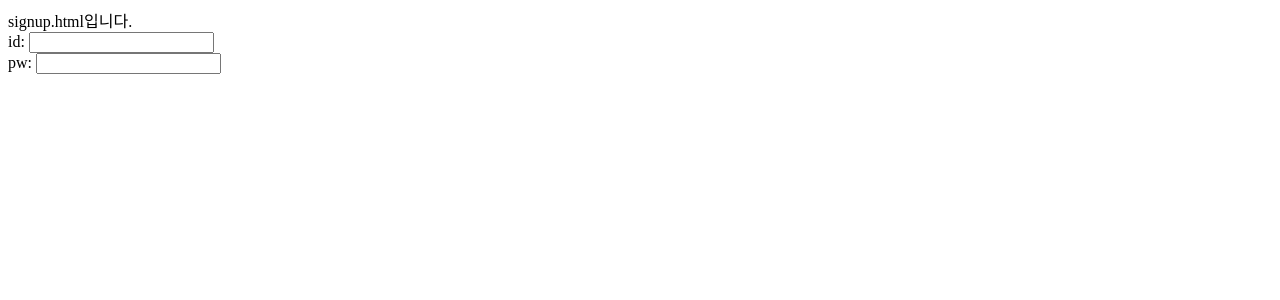
Repository: loone96/sendmylove
Page: sendMyLove1.0/src/main/webapp/register.html
These files come from the project's save history. The page is drawn as it stood at one moment and after the next save; the edit follows.
The browser window is 1280 px wide. The pictures show the whole page.

Above is the page before, as saved 2020-06-19 01:45:00.

### sendMyLove1.0/src/main/webapp/register.html
<!DOCTYPE html>
<html>
<head>
<meta charset="EUC-KR">
<title>Insert title here</title>
</head>
<body>
	signup.html입니다.
	<form action="insertUser" method="POST">
		id:  <input type="text" name="id"> <br>
		pw:  <input type="password" name="password">

	</form>
</body>
</html>

After the next save:
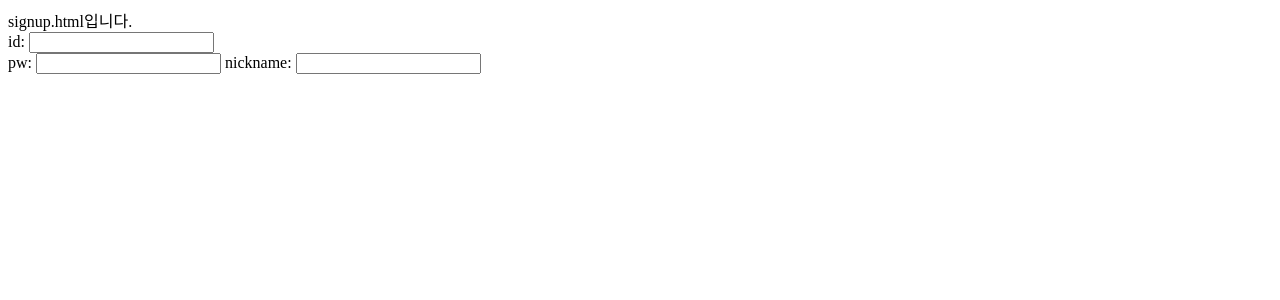
Saved 9 s later.
--- a/sendMyLove1.0/src/main/webapp/register.html
+++ b/sendMyLove1.0/src/main/webapp/register.html
@@ -9,6 +9,7 @@
 	<form action="insertUser" method="POST">
 		id:  <input type="text" name="id"> <br>
 		pw:  <input type="password" name="password">
+		nickname:  <input type="password" name="password">
 
 	</form>
 </body>
